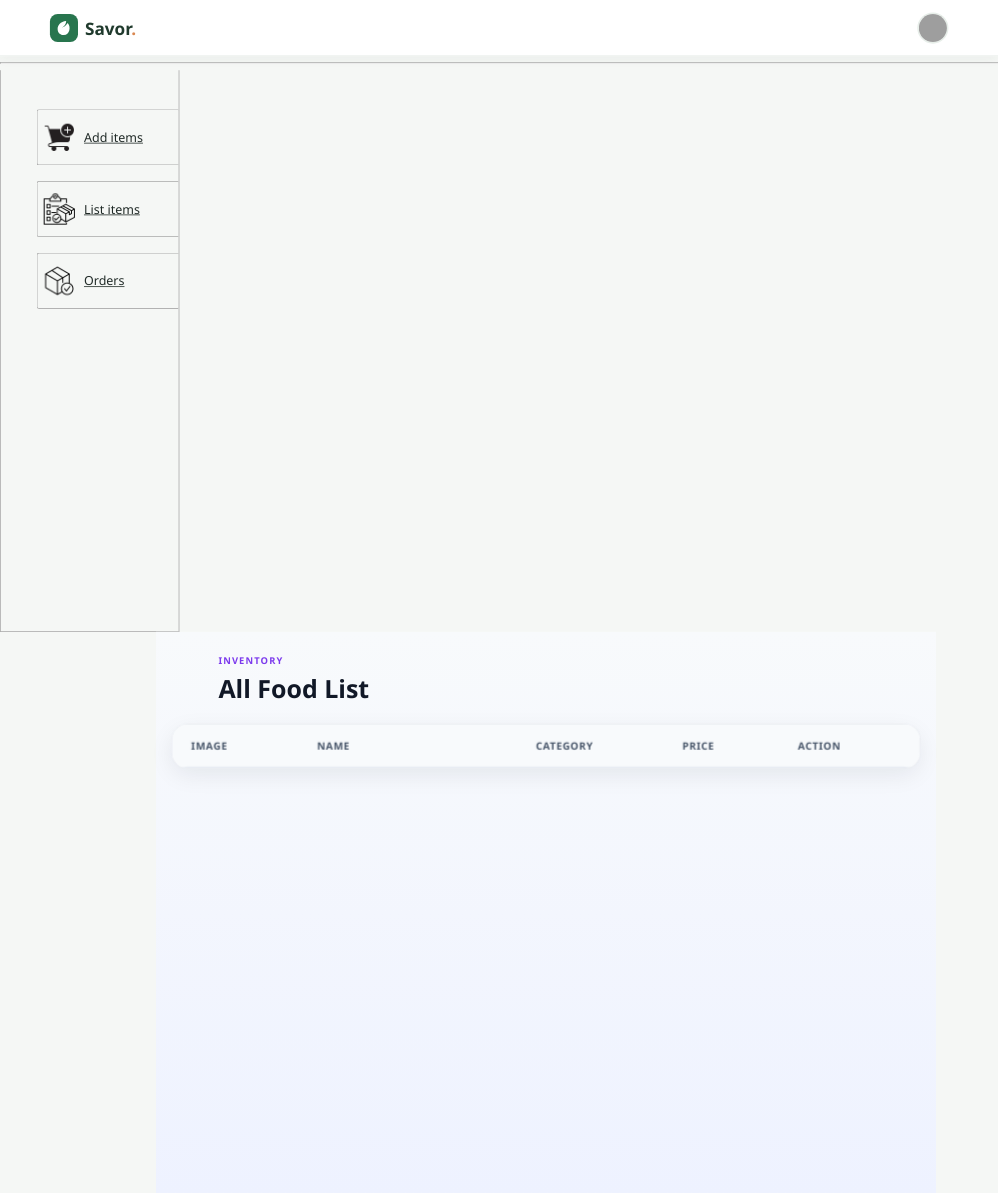
Repository: prince44991/Ecommerce-Project-Full-Stack
Page: /Listitem (app in admin/my-react-app/)
An editor plug-in stored every save of this project. The page is shown before and after the next save, followed by the edit.
The browser window is 1280 px wide. The pictures show the whole page, at 78% of full size.
Pictures or frames that could not be fetched are drawn as grey boxes. The page's requests for data from a server got no answer. The project was rebuilt for these pictures with package versions that can differ from the ones it lists, and the page was loaded fresh each time. No one was signed in, and anything a server would have sent is missing. Also part of the build but not shown: admin/my-react-app/vite.config.js, admin/my-react-app/src/pages/Add/Add.css, admin/my-react-app/src/pages/Add/Add.jsx, admin/my-react-app/src/pages/Order/Order.jsx.

Above is the page before, as saved 2026-09-30 16:14:10.

After the next save:
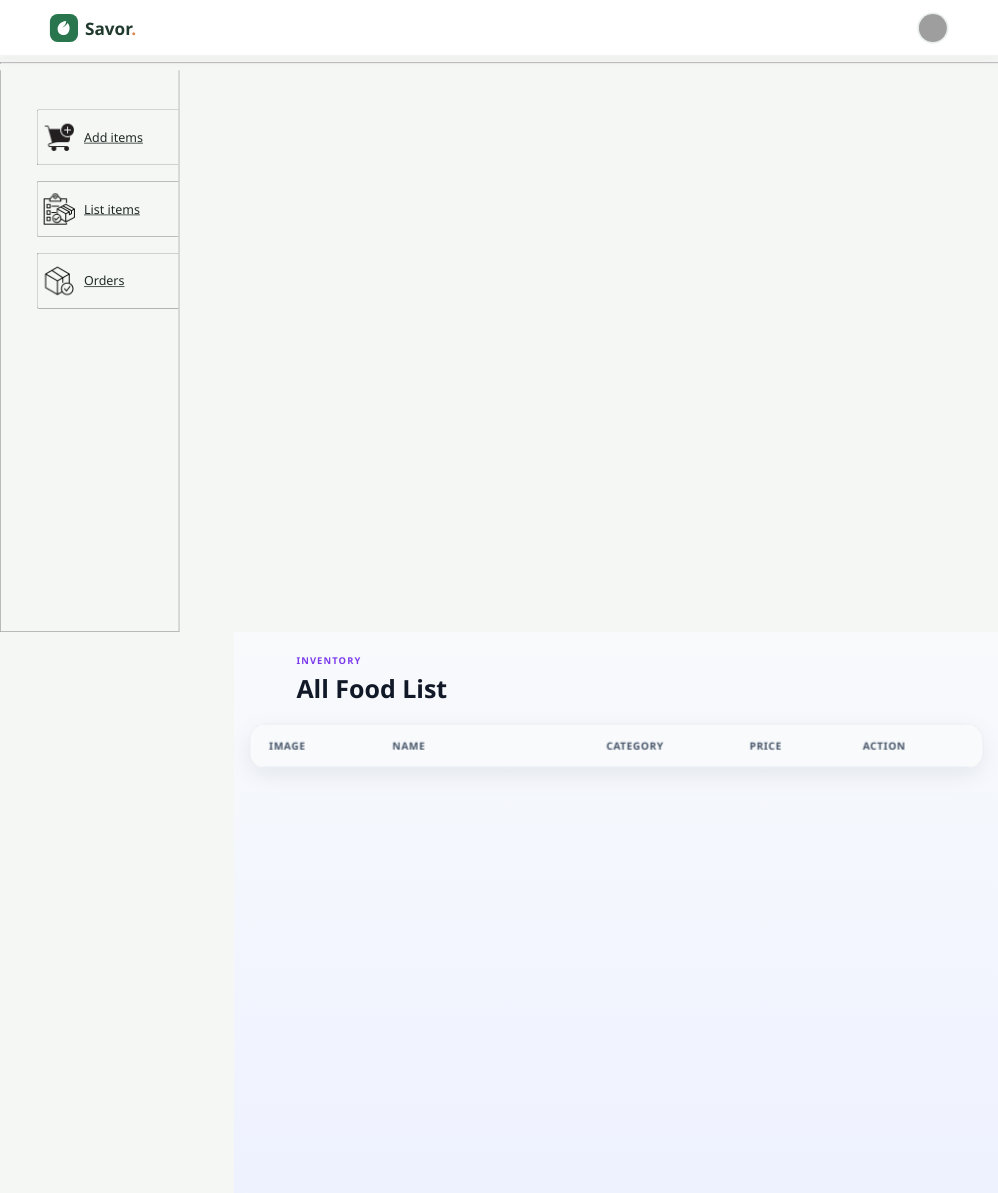
Saved 6 s later.
--- a/admin/my-react-app/src/pages/List/List.css
+++ b/admin/my-react-app/src/pages/List/List.css
@@ -5,7 +5,7 @@
   background: linear-gradient(180deg, #f8fafc 0%, #eef2ff 100%);
   min-height: 100vh;
   font-family: 'Segoe UI', Tahoma, Geneva, Verdana, sans-serif;
-  margin-left: 200px;
+  margin-left: 300px;
 }
 
 .list-header {
